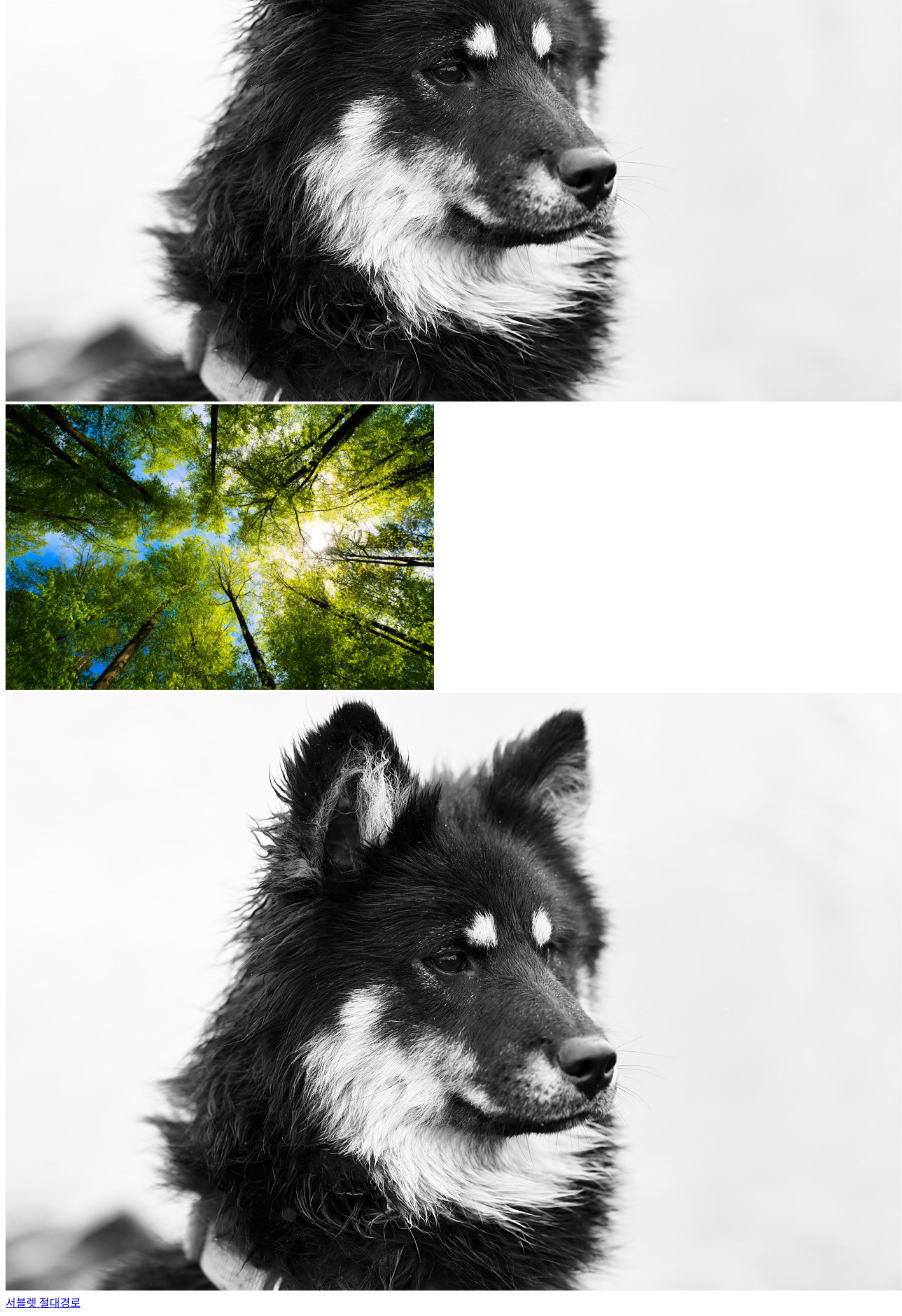
Repository: Muji1412/JSPstudy
Page: http://localhost/JSPbasic/path/example/quiz.jsp
The author's editor kept a copy of each file at every save. The page is drawn from the files as they stood at one save, then again after the next save.
The browser window is 1280 px wide. The page is 1288 px wide, so the pictures cover 1288 px, including what lies to the right of the window. The pictures show the part of the page from y = 701 to 2581 px (the page is 2581 px tall), at 70% of full size.
The page is served by Tomcat 9. Nobody is signed in. The application's start-up code is not run. Other server files are loaded and not shown.

Above is the page before, as saved 2025-02-21 06:51:44.

### workspace/JSPbasic/src/main/webapp/path/example/quiz.jsp
<%@ page language="java" contentType="text/html; charset=UTF-8"
    pageEncoding="UTF-8"%>
<!DOCTYPE html>
<html>
<head>
<meta charset="UTF-8">
<title>Insert title here</title>
</head>
<body>
	<a href="../../request/req_get_ex01.jsp">상대경로</a>
	<img src ="../../html/img/a.jpg">
	<img src ="../../html/img/b.jpg">

	<img src ="http://localhost:8181/JSPbasic/html/img/a.jpg">
	<img src ="http://localhost:8181/JSPbasic/html/img/b.jpg">
	<a href="http://localhost:8181/JSPbasic/apple">서블렛 절대경로</a>


</body>
</html>

After the next save:
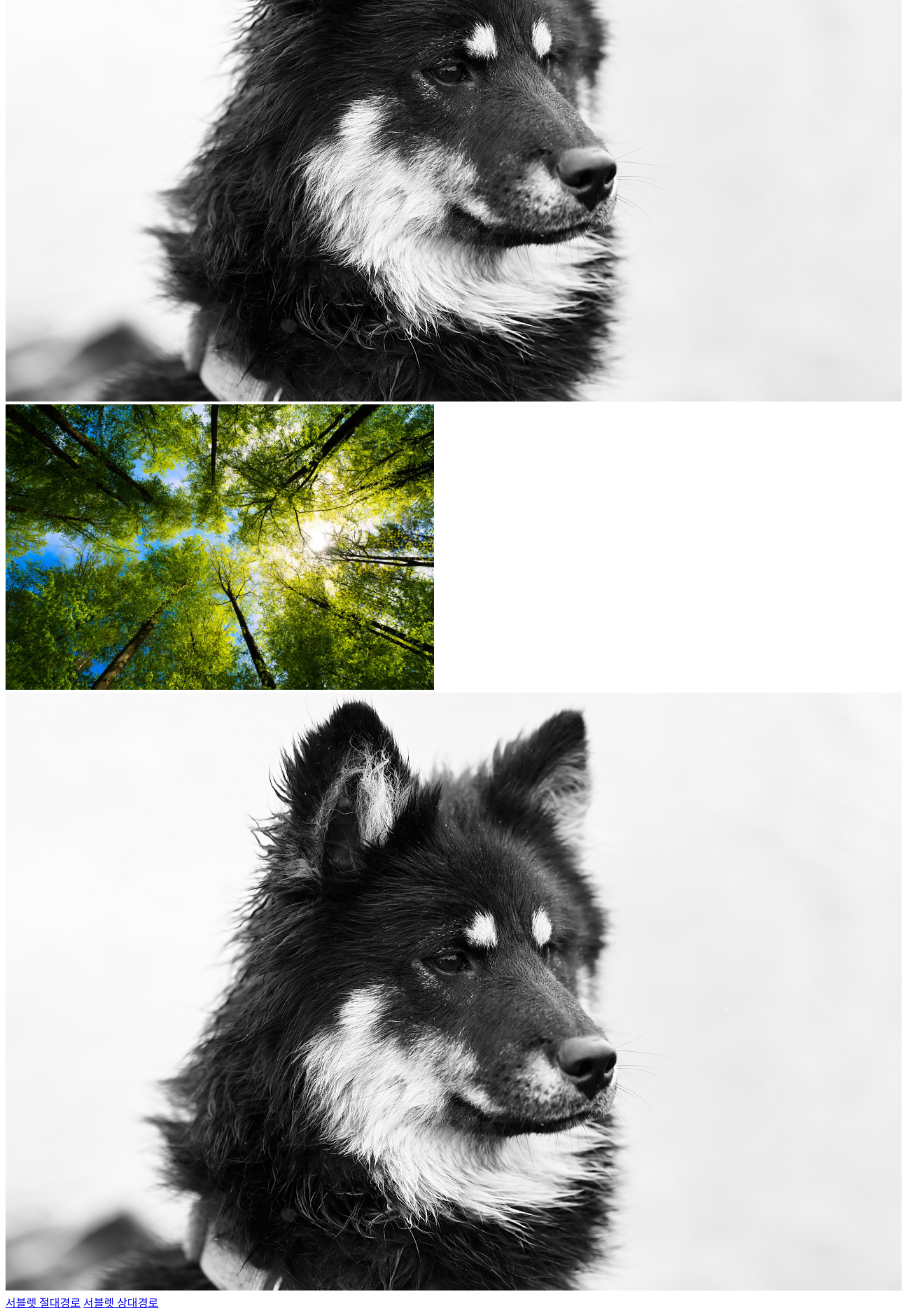
Saved 3 min 55 s later.
--- a/workspace/JSPbasic/src/main/webapp/path/example/quiz.jsp
+++ b/workspace/JSPbasic/src/main/webapp/path/example/quiz.jsp
@@ -14,6 +14,7 @@
 	<img src ="http://localhost:8181/JSPbasic/html/img/a.jpg">
 	<img src ="http://localhost:8181/JSPbasic/html/img/b.jpg">
 	<a href="http://localhost:8181/JSPbasic/apple">서블렛 절대경로</a>
+	<a href="/JSPbasic/apple">서블렛 상대경로</a>
 
 
 </body>
